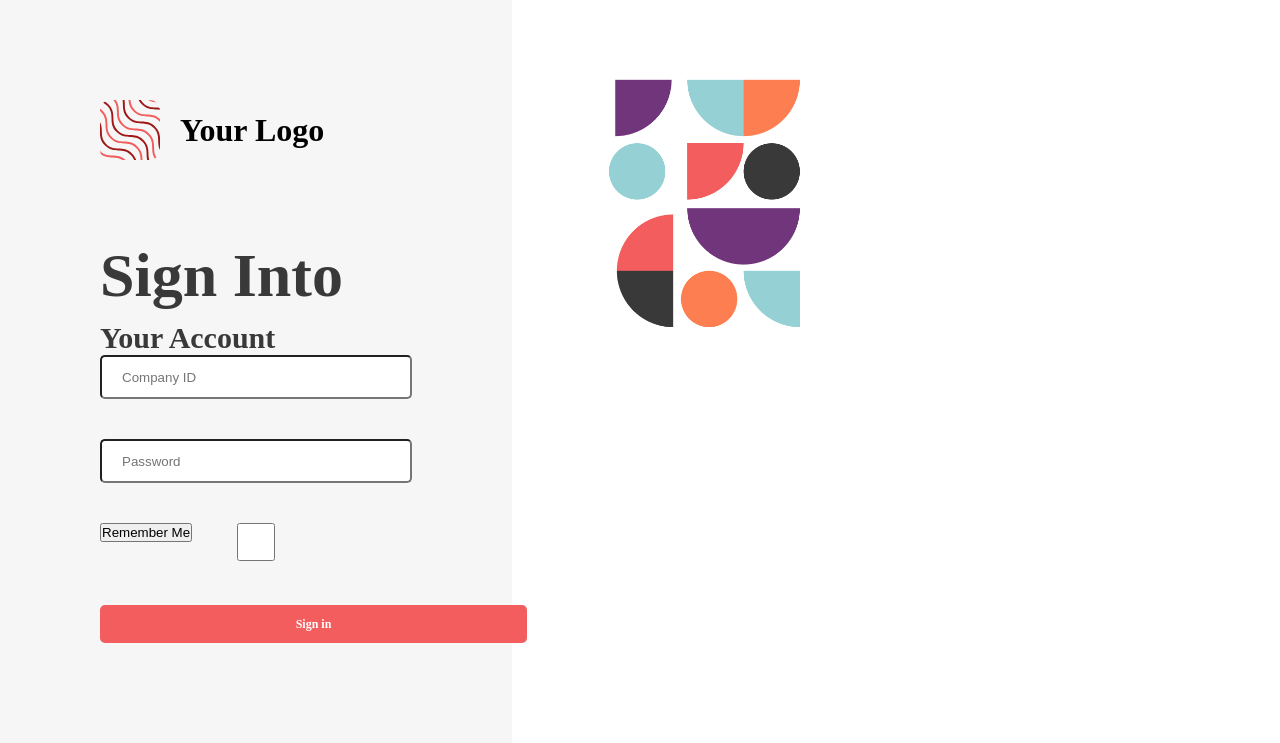
Repository: kubrazamanova/Form-lesson2
Page: index.html
The author's editor kept a copy of each file at every save. The page is drawn from the files as they stood at one save, then again after a run of saves.
The browser window is 1280 px wide. The pictures show the whole page.

Above is the page before, as saved 2023-10-28 10:22:28.

After the next 2 saves:
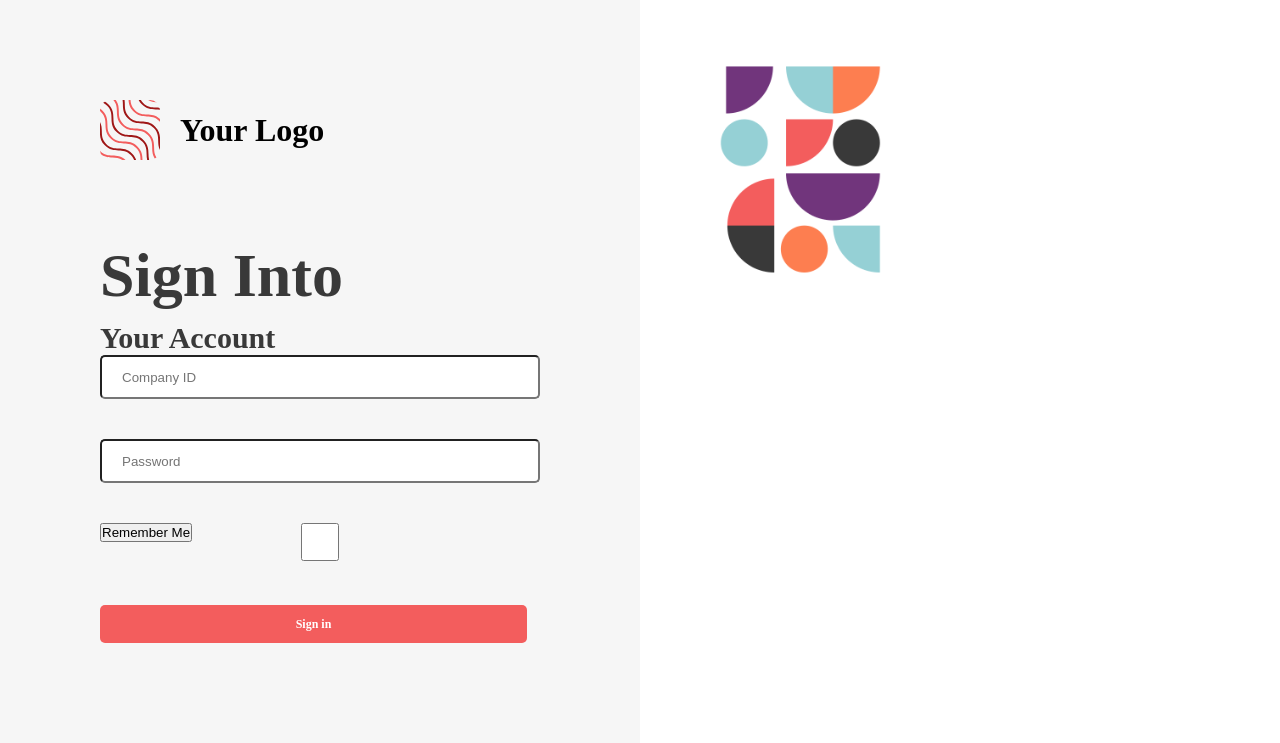
The 2 saves are shown as one change because they came seconds apart.
The last was saved 16 s later.
--- a/index.css
+++ b/index.css
@@ -11,11 +11,11 @@ min-height: 100vh;
 }
 .container .left-side{
   background: #f6f6f6;
-  width: 40%;
+  width: 50%;
   padding: 100px;
 }
 .container .right-side{
-  width: 60%;
+  width: 50%;
 }
 .container .left-side .logo {
   display: flex;
